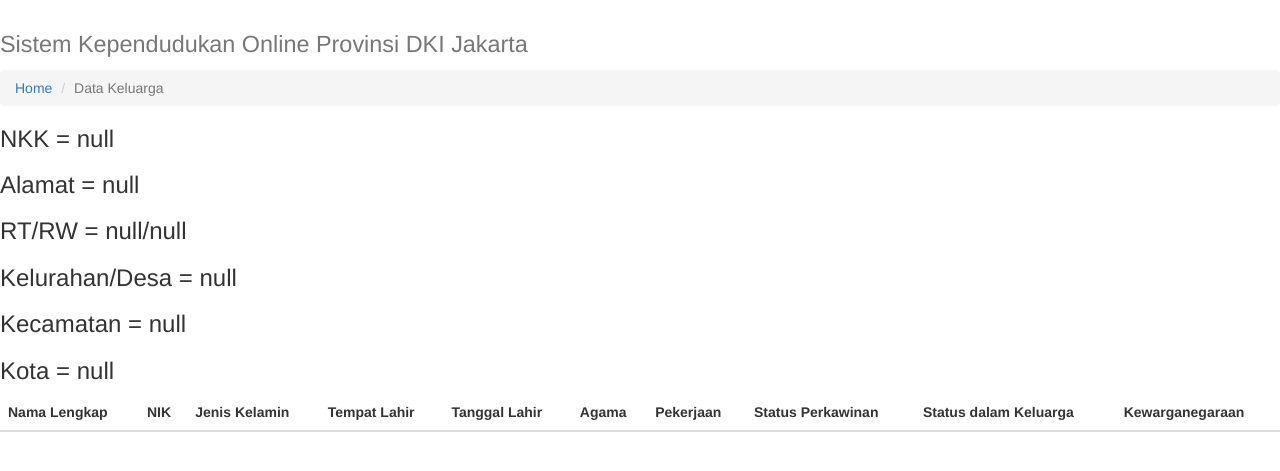
Repository: apap-2017/tugas1_1406544135
Page: http://localhost/list-penduduk
An editor plug-in stored every save of this project. The page is shown before and after the next save, followed by the edit.
The browser window is 1280 px wide. The pictures show the whole page.
The page is this project's Thymeleaf template; nobody is signed in. The template is opened directly, without the code that normally fills it, so the values that code supplies are empty.

Above is the page before, as saved 2017-10-16 15:35:10.

### Tugas1_1406544135/src/main/resources/templates/list-penduduk.html
<!DOCTYPE html>
<html xmlns:th="http://www.thymeleaf.org">
   <head>
      <title>Siduk DKI</title>
        <link href="../../static/css/bootstrap.min.css" rel="stylesheet" th:href="@{/css/bootstrap.min.css}" />
    </head>

    <body>
	    <section class="content-header">
			<h1>
				<small>Sistem Kependudukan Online Provinsi DKI Jakarta</small>
			</h1>
			<ol class="breadcrumb">
				<li><a th:href="@{/}">Home</a></li>
				<li class="active">Data Keluarga</li>
			</ol>
		</section>
	   <form class="form-horizontal"  action="/keluarga" th:object="${keluarga}" method="post">
		    <h3 th:text="'NKK = ' + ${keluarga.nomor_kk}">NKK keluarga</h3>
			<h3 th:text="'Alamat = ' + ${keluarga.alamat}">Alamat</h3>
			<h3 th:text="'RT/RW = ' + ${keluarga.rt} + '/'+ ${keluarga.rw} ">RT/RW</h3>
			<h3 th:text="'Kelurahan/Desa = ' + ${keluarga.kelurahan.nama_kelurahan} ">Kelurahan</h3>
			<h3 th:text="'Kecamatan = ' + ${keluarga.kelurahan.kecamatan.nama_kecamatan} ">Kecamatan</h3>
			<h3 th:text="'Kota = ' + ${keluarga.kelurahan.kecamatan.kota.nama_kota} ">Kota</h3>
		</form>

		<table class="table table-striped">
			<thead>
				<tr>
					<th>Nama Lengkap</th>
					<th>NIK</th>
					<th>Jenis Kelamin</th>
					<th>Tempat Lahir</th>
					<th>Tanggal Lahir</th>
					<th>Agama</th>
					<th>Pekerjaan</th>
					<th>Status Perkawinan</th>
					<th>Status dalam Keluarga</th>
					<th>Kewarganegaraan</th>
				</tr>
			</thead>
				<tbody>
					<div th:each="detailAnggota, iterationStatus: ${anggota}">
						<tr>
							<td><strong>Nama Lengkap</strong></td>
							<td th:text="${detailAnggota.nama}"></td>
						</tr>
						<tr>
							<td><strong>NIK</strong></td>
							<td th:text="${detailAnggota.nik}"></td>
						</tr>
						<tr>
							<td><strong>Jenis Kelamin</strong></td>
							<td th:text="${detailAnggota.jenis_kelamin}"></td>
						</tr>
						<tr>
							<td><strong>Tempat Lahir</strong></td>
							<td th:text="${detailAnggota.tempat_lahir}"></td>
						</tr>
						<tr>
							<td><strong>Tanggal Lahir</strong></td>
							<td th:text="${detailAnggota.tanggal_lahir}"></td>
						</tr>
						<tr>
							<td><strong> Agama </strong></td>
							<td th:text="${detailAnggota.agama}"></td>
						</tr>
						<tr>
							<td><strong> Pekerjaan </strong></td>
							<td th:text="${detailAnggota.pekerjaan}"></td>
						</tr>
						<tr>
							<td><strong> Status Perkawinan </strong></td>
							<td th:text="${detailAnggota.status_perkawinan}"></td>
						</tr>
						<tr>
							<td><strong> Status dalam Keluarga </strong></td>
							<td th:text="${detailAnggota.status_dalam_keluarga}"></td>
						</tr>
						<tr>
							<td><strong> Kewarganegaraan </strong></td>
							<td th:text="${detailAnggota.is_wni}"></td>
						</tr>>
					</div>

				</tbody>
		</table>
    </body>
</html>

Loaded but not shown: Tugas1_1406544135/src/main/resources/static/css/bootstrap.min.css (library)

After the next save:
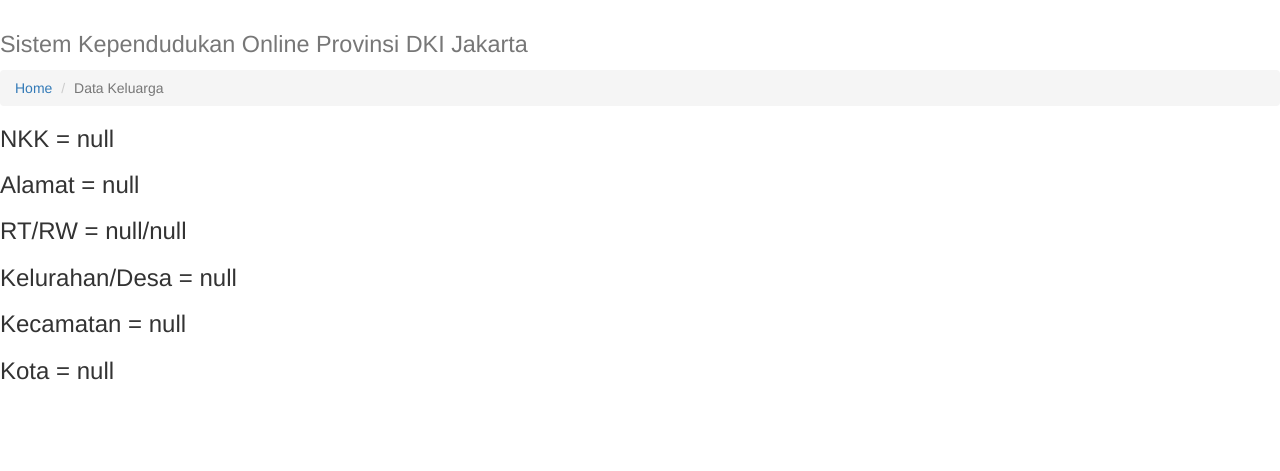
Saved 74 s later.
--- a/Tugas1_1406544135/src/main/resources/templates/list-penduduk.html
+++ b/Tugas1_1406544135/src/main/resources/templates/list-penduduk.html
@@ -25,20 +25,6 @@
 		</form>
 
 		<table class="table table-striped">
-			<thead>
-				<tr>
-					<th>Nama Lengkap</th>
-					<th>NIK</th>
-					<th>Jenis Kelamin</th>
-					<th>Tempat Lahir</th>
-					<th>Tanggal Lahir</th>
-					<th>Agama</th>
-					<th>Pekerjaan</th>
-					<th>Status Perkawinan</th>
-					<th>Status dalam Keluarga</th>
-					<th>Kewarganegaraan</th>
-				</tr>
-			</thead>
 				<tbody>
 					<div th:each="detailAnggota, iterationStatus: ${anggota}">
 						<tr>
